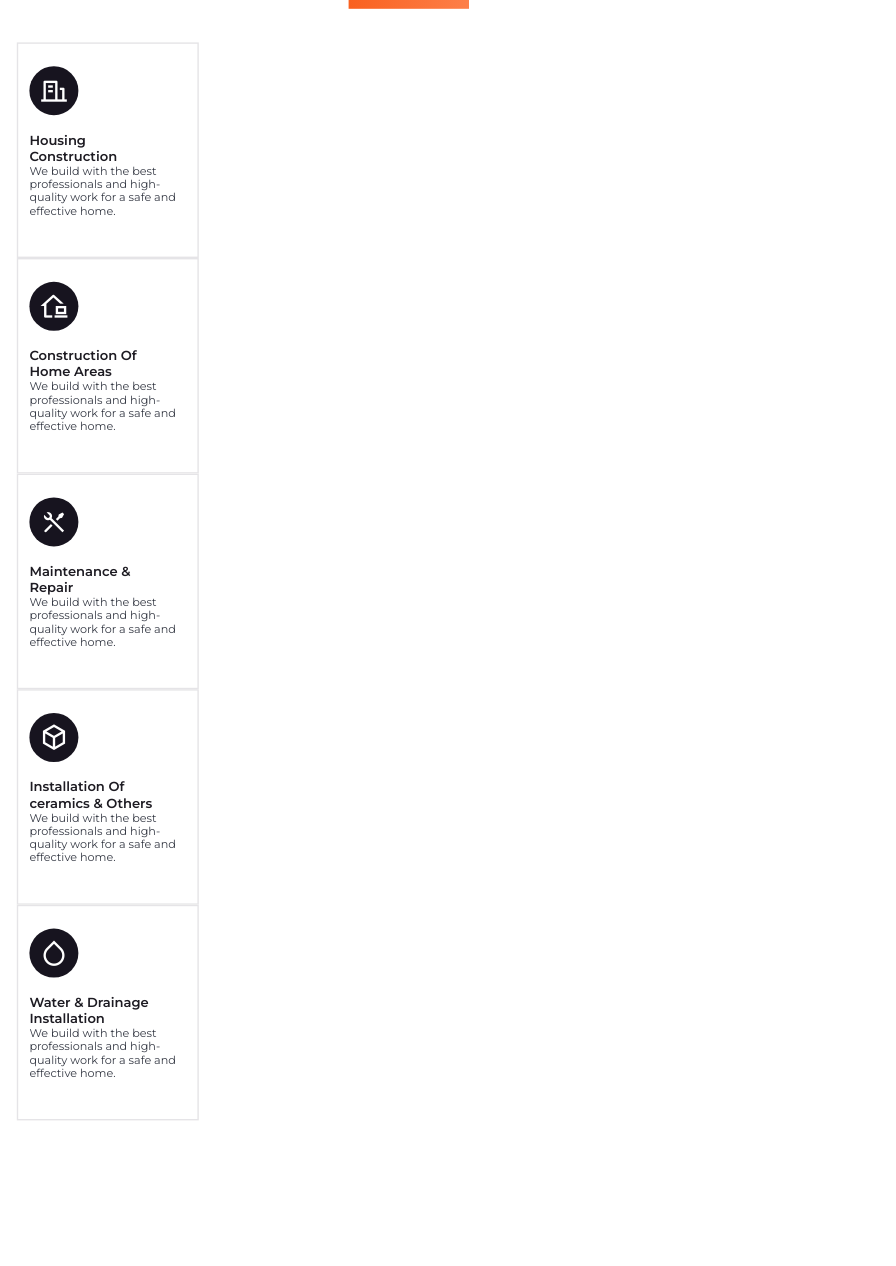
Repository: douglasabnovato/construction
Page: index.html
These files come from the project's save history. The page is drawn as it stood at one moment and after a run of saves; the edit follows.
The browser window is 1280 px wide. The pictures show the part of the page from y = 2971 to 4891 px (the page is 4780 px tall before and 4909 px after), at 70% of full size.

Above is the page before, as saved 2025-05-01 13:07:58.

### index.html
<!DOCTYPE html>
<html lang="en">
  <head>
    <meta charset="UTF-8" />
    <meta name="viewport" content="width=device-width, initial-scale=1.0" />

    <!--=============== FAVICON ===============-->
    <link
      rel="shortcut icon"
      href="assets/img/favicon.png"
      type="image/x-icon"
    />

    <!--=============== REMIXICONS ===============-->
    <link
      rel="stylesheet"
      href="https://cdnjs.cloudflare.com/ajax/libs/remixicon/4.2.0/remixicon.css"
    />

    <!--=============== SWIPER CSS ===============-->
    <link rel="stylesheet" href="" />

    <!--=============== CSS ===============-->
    <link rel="stylesheet" href="assets/css/styles.css" />

    <title>Construction</title>
  </head>
  <body>
    <!--==================== HEADER ====================-->
    <header class="header bg-header" id="header">
      <nav class="nav container">
        <a href="#" class="nav__logo">
          <i class="ri-bulding-3-line"></i>
          <span>Construct</span>
        </a>
        <div class="nav__menu" id="nav-menu">
          <u class="nav__list">
            <li>
              <a href="#home" class="nav__link">Home</a>
            </li>
            <li>
              <a href="#aboutus" class="nav__link"> About Us</a>
            </li>
            <li>
              <a href="#services" class="nav__link"> Services</a>
            </li>
            <li>
              <a href="#projects" class="nav__link"> Projects</a>
            </li>
            <li>
              <a href="#contactus" class="nav__link button"> Contact Us</a>
            </li>
          </u>
          <!-- Close Button -->
          <div class="nav__close" id="nav-close">
            <i class="ri-close-large-line"></i>
          </div>
        </div>
        <!-- Toggle menu -->
        <div class="nav__toggle" id="nav-toggle">
          <i class="ri-apps-2-line"></i>
        </div>
      </nav>
    </header>

    <!--==================== MAIN ====================-->
    <main class="main">
      <!--==================== HOME ====================-->
      <section class="home section" id="home">
        <img
          src="./assets/img/home-lines-bg.svg"
          alt="image"
          class="home__lines"
        />
        <div class="home__container container grid">
          <div class="home__container grid">
            <div class="home__data">
              <h1 class="home__title">
                Create The<br />
                Constructions<br />
                You Want Here
              </h1>
              <p class="home__description">
                We provide the best home design, construction and maintenance
                services for you and your family.
              </p>
              <div class="home__buttons">
                <a href="#services" class="button">Our Services</a>
                <a href="#projects" class="button__link"
                  ><span>View Projects</span> <i class="ri-arrow-right-line"></i
                ></a>
              </div>
            </div>
            <div class="home__info">
              <div>
                <h3 class="home__info-title">10+</h3>
                <p class="home__info-description">
                  Years of <br />
                  Experience
                </p>
              </div>
              <div>
                <h3 class="home__info-title">200</h3>
                <p class="home__info-description">
                  Complete <br />
                  Projects
                </p>
              </div>
            </div>
          </div>
          <div class="home__images">
            <img src="./assets/img/home-img-1.png" alt="imagem" />
            <img src="./assets/img/home-img-2.png" alt="imagem" />
          </div>
        </div>
      </section>

      <!--==================== ABOUT ====================-->
      <section class="about section" id="about">
        <div class="about__container container grid">
          <div class="about__data">
            <span class="section__subtitle">ABOUT US</span>
            <h2 class="section__title">
              We Provide The Best <br />
              Service To Build
            </h2>
            <p class="about__description">
              We strive to provide the best professionals to make your project a
              construction masterpiece, something unique and unmatched.
            </p>
            <ul class="about__list grid">
              <li class="about__list-item">
                <i class="ri-checkbox-circle-line"></i>
                <span>Professional workers</span>
              </li>
              <li class="about__list-item">
                <i class="ri-checkbox-circle-line"></i>
                <span>Guaranteed quality</span>
              </li>
              <li class="about__list-item">
                <i class="ri-checkbox-circle-line"></i>
                <span>Extensive experience</span>
              </li>
              <li class="about__list-item">
                <i class="ri-checkbox-circle-line"></i>
                <span>We quote your project</span>
              </li>
            </ul>
            <a href="#" class="button">View Projects</a>
          </div>
          <div class="about__images">
            <img
              src="./assets/img/about-img-1.png"
              alt="image"
              class="about__img-1"
            />
            <img
              src="./assets/img/about-img-2.png"
              alt="image"
              class="about__img-2"
            />
          </div>
        </div>
      </section>

      <!--==================== SERVICES ====================-->
      <section class="services section" id="services">
        <div class="services__container container grid">
          <div class="services__data">
            <div>
              <span class="section__subtitle">OUR SERVICES</span>
              <h2 class="section__title">
                High Quality <br />
                Construction Services
              </h2>
            </div>
            <p class="services__description">
              We provide multiple services for you, offering confidence and
              security in construction.
            </p>
            <a href="#contact" class="button">Contact Now</a>
          </div>
          <div class="services__swiper">
            <div>
              <article class="services__card">
                <div class="services__icon">
                  <i class="ri-building-line"></i>
                </div>
                <h3 class="services__title">
                  Housing <br />
                  Construction
                </h3>
                <p>
                  We build with the best professionals and high-quality work for
                  a safe and effective home.
                </p>
              </article>
              <article class="services__card">
                <div class="services__icon">
                  <i class="ri-home-office-line"></i>
                </div>
                <h3 class="services__title">
                  Construction Of <br />
                  Home Areas
                </h3>
                <p>
                  We build with the best professionals and high-quality work for
                  a safe and effective home.
                </p>
              </article>
              <article class="services__card">
                <div class="services__icon"><i class="ri-tools-line"></i></div>
                <h3 class="services__title">
                  Maintenance & <br />
                  Repair
                </h3>
                <p>
                  We build with the best professionals and high-quality work for
                  a safe and effective home.
                </p>
              </article>
              <article class="services__card">
                <div class="services__icon"><i class="ri-box-3-line"></i></div>
                <h3 class="services__title">
                  Installation Of <br />
                  ceramics & Others
                </h3>
                <p>
                  We build with the best professionals and high-quality work for
                  a safe and effective home.
                </p>
              </article>
              <article class="services__card">
                <div class="services__icon"><i class="ri-drop-line"></i></div>
                <h3 class="services__title">
                  Water & Drainage <br />
                  Installation
                </h3>
                <p>
                  We build with the best professionals and high-quality work for
                  a safe and effective home.
                </p>
              </article>
            </div>
          </div>
          <!-- Navigation buttons -->
        </div>
        <div class="services__shape"></div>
      </section>

      <!--==================== PROJECTS ====================-->
      <section class="projects section" id="projects"></section>

      <!--==================== CONTACT ====================-->
      <section class="contact section" id="contact"></section>
    </main>

    <!--==================== FOOTER ====================-->
    <footer class="footer"></footer>

    <!--========== SCROLL UP ==========-->

    <!--=============== SCROLLREVEAL ===============-->
    <script src=""></script>

    <!--=============== SWIPER JS ===============-->
    <script src=""></script>

    <!--=============== MAIN JS ===============-->
    <script src="assets/js/main.js"></script>
  </body>
</html>

### assets/css/styles.css
/*=============== GOOGLE FONTS ===============*/
@import url("https://fonts.googleapis.com/css2?family=Montserrat:wght@100..900&display=swap");

/*=============== VARIABLES CSS ===============*/
:root {
  --header-height: 3.5rem;

  /*========== Colors ==========*/
  /*Color mode HSL(hue, saturation, lightness)*/
  --first-color: hsl(18, 95%, 55%);
  --second-color: hsl(42, 98%, 52%);
  --first-gradient: linear-gradient(
    90deg,
    hsl(18, 95%, 55%),
    hsl(18, 98%, 64%)
  );
  --title-color: hsl(255, 12%, 12%);
  --text-color: hsl(225, 12%, 24%);
  --text-color-light: hsl(255, 4%, 70%);
  --body-color: hsl(0, 0%, 100%);
  --container-color: hsl(0, 0%, 100%);
  --white-color: hsl(0, 0%, 100%);
  --black-color: hsl(255, 20%, 10%);
  --gray-border: hsl(255, 6%, 90%);
  --black-border: hsl(255, 10%, 20%);

  /*========== Font and typography ==========*/
  /*.5rem = 8px | 1rem = 16px ...*/
  --body-font: "Montserrat", sans-serif;
  --big-font-size: 2.25rem;
  --h1-font-size: 1.5rem;
  --h2-font-size: 1.25rem;
  --h3-font-size: 1rem;
  --normal-font-size: 0.938rem;
  --small-font-size: 0.813rem;

  /*========== Font weight ==========*/
  --font-regular: 400;
  --font-medium: 500;
  --font-semi-bold: 600;
  --font-bold: 700;

  /*========== z index ==========*/
  --z-tooltip: 10;
  --z-fixed: 100;
}

/*========== Responsive typography ==========*/
@media screen and (min-width: 1150px) {
  :root {
    --big-font-size: 3.5rem;
    --h1-font-size: 2.25rem;
    --h2-font-size: 1.5rem;
    --h3-font-size: 1.25rem;
    --normal-font-size: 1rem;
    --small-font-size: 0.875rem;
  }
}

/*=============== BASE ===============*/
* {
  box-sizing: border-box;
  padding: 0;
  margin: 0;
}

html {
  scroll-behavior: smooth;
}

body {
  font-family: var(--body-font);
  font-size: var(--normal-font-size);
  background-color: var(--body-color);
  color: var(--text-color);
}

h1,
h2,
h3,
h4 {
  color: var(--title-color);
  font-weight: var(--font-semi-bold);
}

ul {
  list-style: none;
}

a {
  text-decoration: none;
}

img {
  display: block;
  max-width: 100%;
  height: auto;
}

/*=============== REUSABLE CSS CLASSES ===============*/
.container {
  max-width: 1120px;
  margin-inline: 1.5rem;
}

.grid {
  display: grid;
  gap: 1.5rem;
}

.section {
  padding-block: 5rem 1rem;
}
.section__title,
.section__subtitle {
  text-align: center;
}

.section__title {
  font-size: var(--h1-font-size);
  font-weight: var(--font-bold);
  margin-bottom: 1.5rem;
}

.section__subtitle {
  display: block;
  font-size: var(--normal-font-size);
  font-weight: var(--font-semi-bold);
  color: var(--second-color);
  margin-bottom: 0.5rem;
}

.main {
  overflow: hidden;
}

/*=============== HEADER & NAV ===============*/
.header {
  position: fixed;
  width: 100%;
  top: 0;
  left: 0;
  background-color: transparent;
  z-index: var(--z-fixed);
  transition: background-color 0.4s;
}

.nav {
  position: relative;
  height: var(--header-height);
  display: flex;
  justify-content: space-between;
  align-items: center;
}

.nav__logo {
  display: flex;
  align-items: center;
  column-gap: 0.25rem;
}

.nav__logo span {
  color: var(--white-color);
  font-weight: var(--font-semi-bold);
  transition: color 0.4s;
}

.nav__logoi i {
  color: var(--first-color);
  font-size: 1.5rem;
}

.nav__toggle,
.nav__close {
  font-size: 1.5rem;
  color: var(--white-color);
  cursor: pointer;
  transition: color 0.4s;
}

/* Navigation for mobile devices */
@media screen and (max-width: 1150px) {
  .nav__menu {
    position: fixed;
    top: 0;
    right: -100%;
    background-color: var(--black-color);
    width: 80%;
    height: 100%;
    padding: 7.5rem 3.5rem 0;
    border-left: 2px solid var(--black-border);
    transition: right 0.4s;
  }
}

.nav__list {
  display: flex;
  flex-direction: column;
  row-gap: 4rem;
}

.nav__link {
  color: var(--text-color-light);
  font-weight: var(--font-semi-bold);
  transition: color 0.4s;
}

.nav__link:hover {
  color: var(--first-color);
}

.nav__close {
  position: absolute;
  top: 1rem;
  right: 1.5rem;
}

/* Show menu */
.show-menu {
  right: 0;
}

/* Change background header */
.bg-header {
  background-color: var(--body-color);
  box-shadow: 0 4px 16px hsla(255, 90%, 8%, 0.1);
}

.bg-header .nav__logo span,
.bg-header .nav__toggle {
  color: var(--title-color);
}

/* Active link */

/*=============== HOME ===============*/
.home {
  position: relative;
  background-color: var(--black-color);
}

.home__container {
  position: relative;
  row-gap: 3rem;
  padding-block: 2.5rem 6rem;
}

.home__content {
  row-gap: 2.5rem;
}

.home__data {
  text-align: center;
}

.home__title {
  color: var(--white-color);
  font-size: var(--big-font-size);
  font-weight: var(--font-bold);
  margin-bottom: 1rem;
}

.home__description {
  margin-bottom: 2.5rem;
  color: var(--text-color-light);
}

.home_buttons {
  display: flex;
  justify-content: center;
  align-items: center;
  gap: 1rem;
}

.home__info {
  display: flex;
  justify-content: center;
  column-gap: 4.5rem;
}

.home__info-title {
  color: var(--second-color);
  font-size: var(--big-font-size);
  font-weight: var(--font-bold);
  margin-bottom: 0.5rem;
}

.home__info-description {
  font-size: var(--small-font-size);
  color: var(--white-color);
}

.home__images {
  position: relative;
  justify-self: center;
}

.home__img-1 {
  width: 250px;
  margin-left: 3.5rem;
}

.home__img-2 {
  width: 150px;
  border: 5px solid var(--black-color);
  position: absolute;
  left: 0;
  bottom: -3.5rem;
}

.home__lines {
  position: absolute;
  top: 0;
  left: 0;
  width: 100%;
  height: 100%;
  object-fit: cover;
  object-position: right;
}

/*=============== BUTTON ===============*/
.button {
  display: inline-flex;
  background: var(--first-gradient);
  color: var(--white-color);
  font-weight: var(--font-semi-bold);
  padding: 1rem 2rem;
  transition: box-shadow 0.4s;
}

.button:hover {
  box-shadow: 0 8px 32px hsla(18, 95%, 55%, 0.3);
  color: var(--white-color);
}

.button__link {
  display: flex;
  align-items: center;
  column-gap: 0.25rem;
  color: var(--first-color);
}

.button__link span {
  font-weight: var(--font-semi-bold);
}

.button__link i {
  font-size: 1.5rem;
  transition: transform 0.4s;
}

.button__link:hover i {
  transform: translateX(0.25rem);
}

/*=============== ABOUT ===============*/
.about__container {
  row-gap: 8rem;
}

.about__data {
  text-align: center;
}

.about__description {
  margin-bottom: 2rem;
}

.about__list {
  text-align: initial;
  grid-template-columns: repeat(2, 130px);
  justify-content: center;
  gap: 1.5rem;
  margin-bottom: 2.5rem;
}

.about__list-item {
  display: flex;
  column-gap: 0.5rem;
  color: var(--tittle-color);
}

.about__list-item i {
  font-size: 1.25rem;
  color: var(--first-color);
}

.about__images {
  position: relative;
  justify-self: center;
}

.about__img-1 {
  width: 200px;
  border: 5px solid var(--body-color);
  position: absolute;
  top: -5rem;
  left: 6rem;
}

.about__img-2 {
  width: 250px;
  margin-right: 2.5rem;
}

/*=============== SERVICES ===============*/
.services {
  position: relative;
}

.services__container {
  position: relative;
  row-gap: 3rem;
}

.services__data {
  text-align: center;
}

.services__description {
  margin-bottom: 2rem;
}

.services__card {
  width: 260px;
  background-color: var(--container-color);
  border: 2px solid var(--gray-border);
  padding: 2rem 1rem 3.5rem;
  transition: border-color 0.4s;
}

.services__card:hover {
  border-color: var(--first-color);
}

.services__icon {
  width: 70px;
  height: 70px;
  background-color: var(--black-color);
  color: var(--white-color);
  border-radius: 50%;
  display: grid;
  place-items: center;
  font-size: 2.5rem;
  margin-bottom: 1.5rem;
}

/* Swiper class */

/*=============== PROJECTS ===============*/

/*=============== CONTACT ===============*/

/*=============== FOOTER ===============*/

/*=============== SCROLL BAR ===============*/

/*=============== SCROLL UP ===============*/

/* Show Scroll Up */

/*=============== BREAKPOINTS ===============*/
/* For small devices */

/* For medium devices */

/* For large devices */

### assets/js/main.js
/*=============== SHOW MENU ===============*/
const navMenu = document.getElementById('nav-menu'),
      navToggle = document.getElementById('nav-toggle'),
      navClose = document.getElementById('nav-close')

/* Menu show */
if(navToggle){
    navToggle.addEventListener('click', () =>{
        navMenu.classList.add('show-menu')
    })
}

/* Menu hidden */
if(navClose){
    navClose.addEventListener('click', () =>{
        navMenu.classList.remove('show-menu')
    })
}

/*=============== REMOVE MENU MOBILE ===============*/
const navLink = document.querySelectorAll('.nav__link')

const linkAction = () =>{
    const navMenu = document.getElementById('nav-menu')
    // When we click on each nav__link, we remove the show-menu class
    navMenu.classList.remove('show-menu')
}
navLink.forEach(n => n.addEventListener('click', linkAction))


/*=============== CHANGE BACKGROUND HEADER ===============*/
const bgHeader = () =>{
    const header = document.getElementById('header')
    // Add a class if the bottom offset is greater than 50 of the viewport
    this.scrollY >= 50 ? header.classList.add('bg-header')
                       : header.classList.remove('bg-header')
}
window.addEventListener('scroll', bgHeader)
bgHeader()

/*=============== SWIPER SERVICES ===============*/

/*=============== SHOW SCROLL UP ===============*/

/*=============== SCROLL SECTIONS ACTIVE LINK ===============*/

/*=============== SCROLL REVEAL ANIMATION ===============*/

After the next 2 saves:
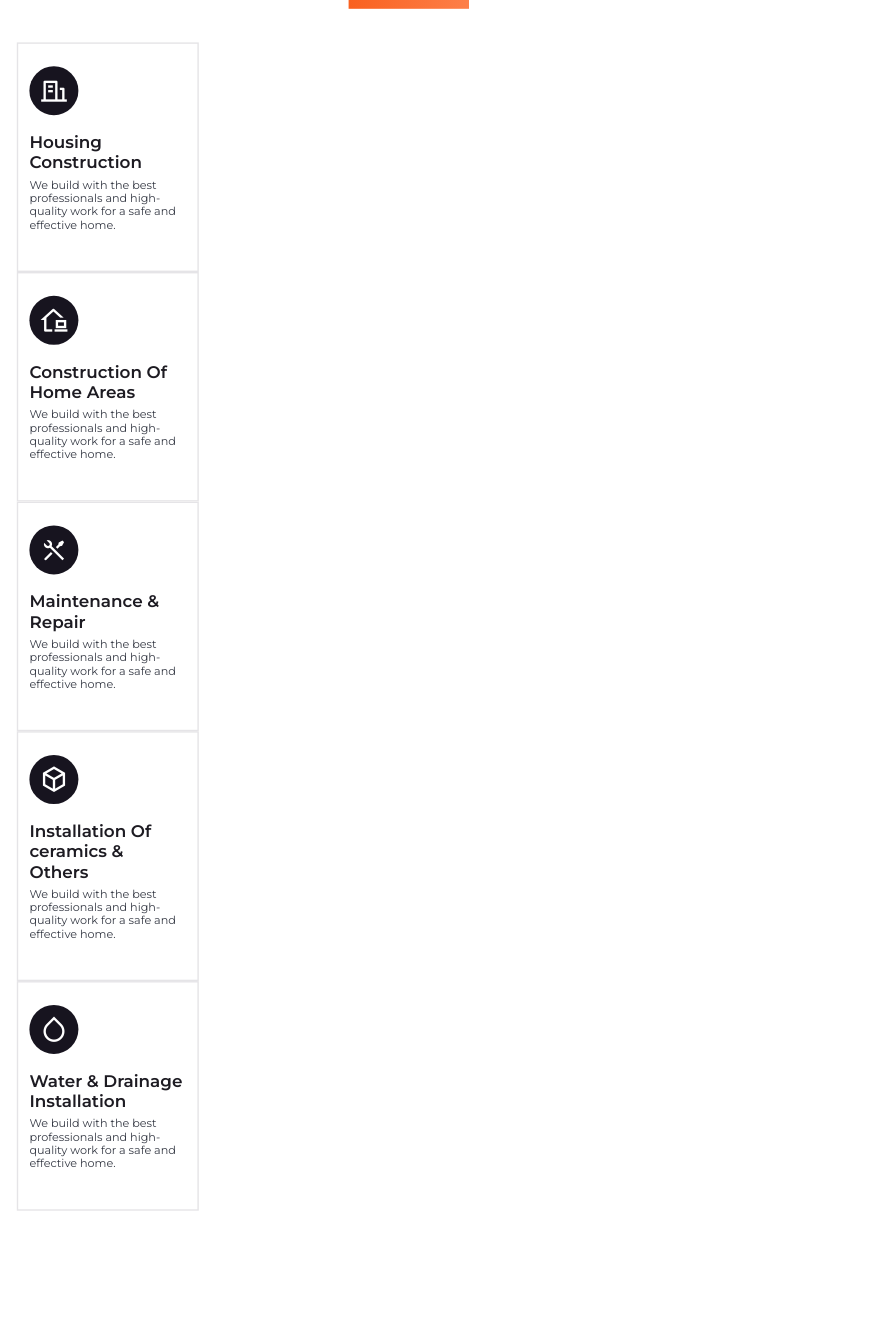
The 2 saves are shown as one change because they came seconds apart.
The last was saved 5 min 31 s later.
--- a/assets/css/styles.css
+++ b/assets/css/styles.css
@@ -445,6 +445,12 @@ img {
   margin-bottom: 1.5rem;
 }
 
+.services__title {
+  font-size: var(--h2-font-size);
+  margin-bottom: .5rem;
+
+}
+
 /* Swiper class */
 
 /*=============== PROJECTS ===============*/
